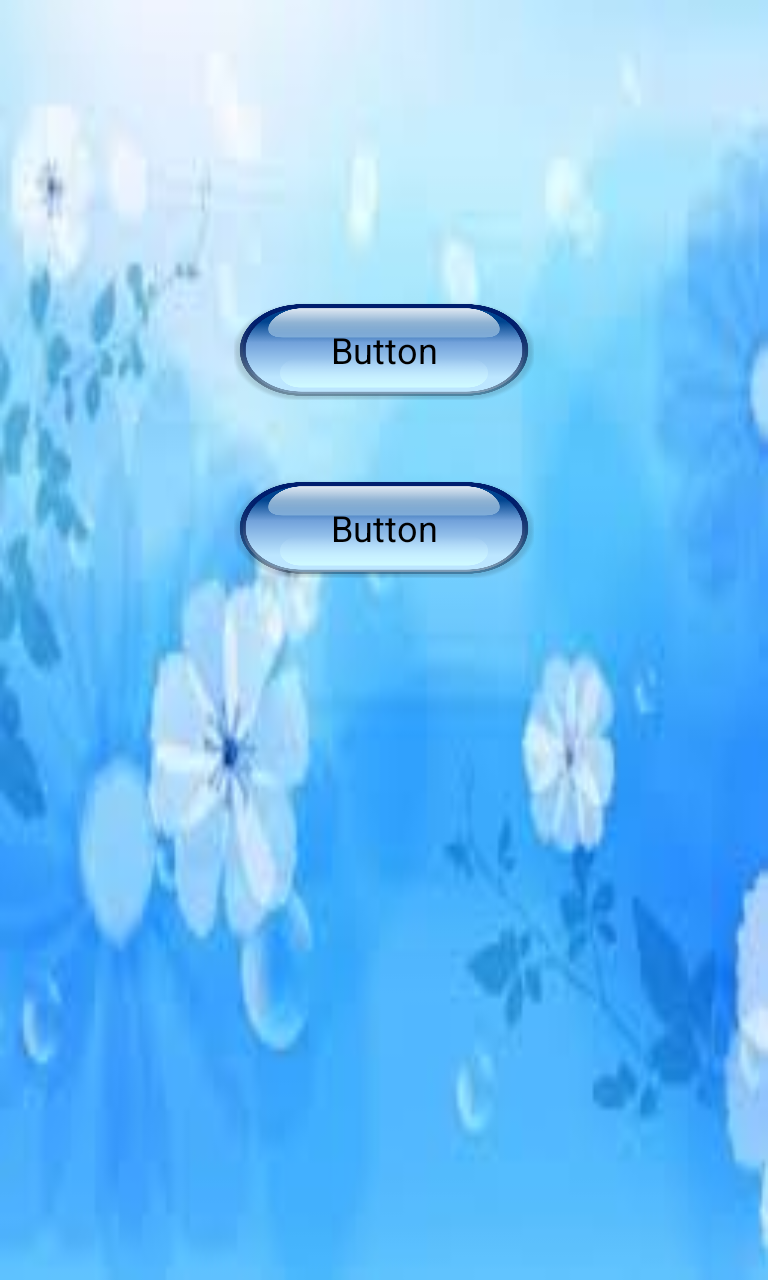
Repository: Shruthi06/designed-droid
Layout: service_demo/res/layout/activity_main.xml
An editor plug-in stored every save of this project. The layout is shown before and after the next save, followed by the edit.
It is drawn on a 768 x 1280 px phone screen (xhdpi) without system bars, with theme AppTheme; the app's code is not run.

Above is the layout before, as saved 2016-02-15 17:14:02.

After the next save:
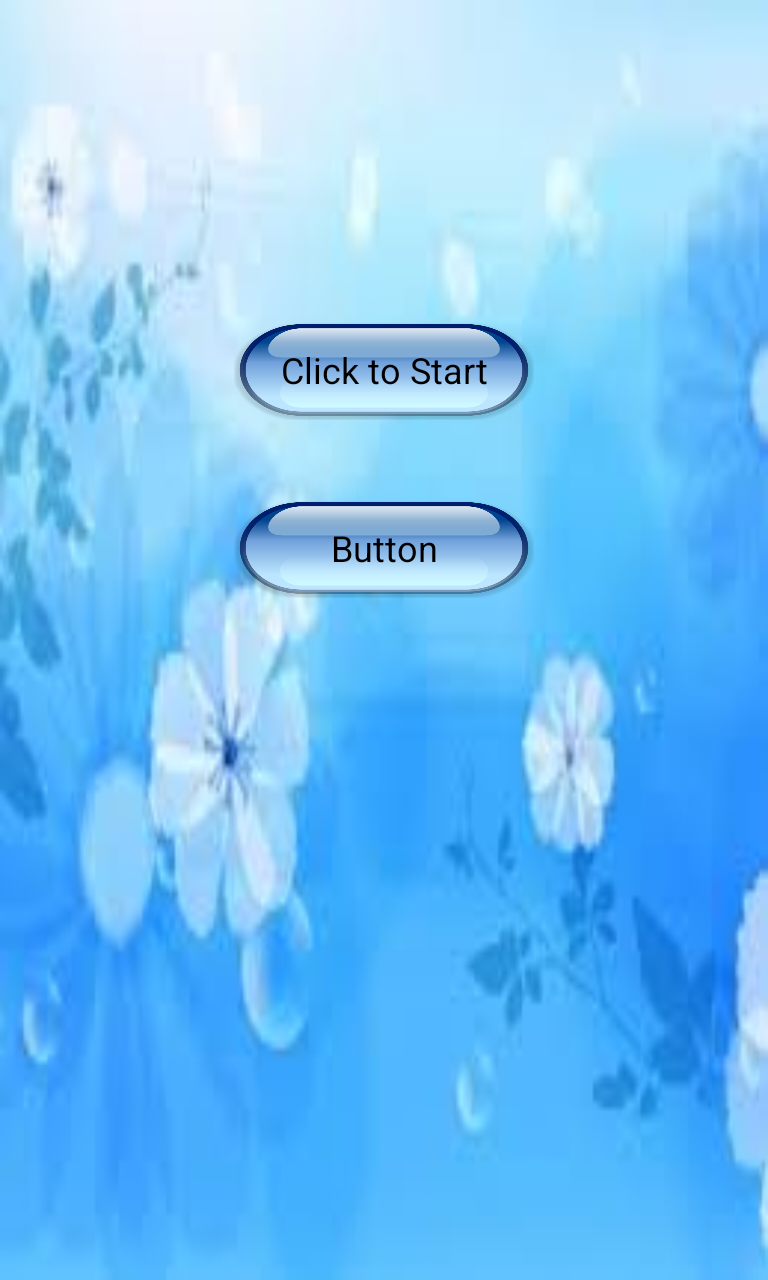
Saved 80 s later.
--- a/service_demo/res/layout/activity_main.xml
+++ b/service_demo/res/layout/activity_main.xml
@@ -10,16 +10,6 @@
     tools:context=".MainActivity" >
 
     <Button
-        android:id="@+id/button1"
-        android:layout_width="150dp"
-        android:layout_height="50dp"
-        android:layout_alignParentTop="true"
-        android:layout_centerHorizontal="true"
-        android:layout_marginTop="134dp"
-        android:background="@drawable/button"
-        android:text="Button" />
-
-    <Button
         android:id="@+id/button2"
         android:layout_width="150dp"
         android:layout_height="50dp"
@@ -29,4 +19,14 @@
         android:background="@drawable/button"
         android:text="Button" />
 
+    <Button
+        android:id="@+id/button1"
+        android:layout_width="150dp"
+        android:layout_height="50dp"
+        android:layout_alignParentTop="true"
+        android:layout_centerHorizontal="true"
+        android:layout_marginTop="144dp"
+        android:background="@drawable/button"
+        android:text="Click to Start" />
+
 </RelativeLayout>
